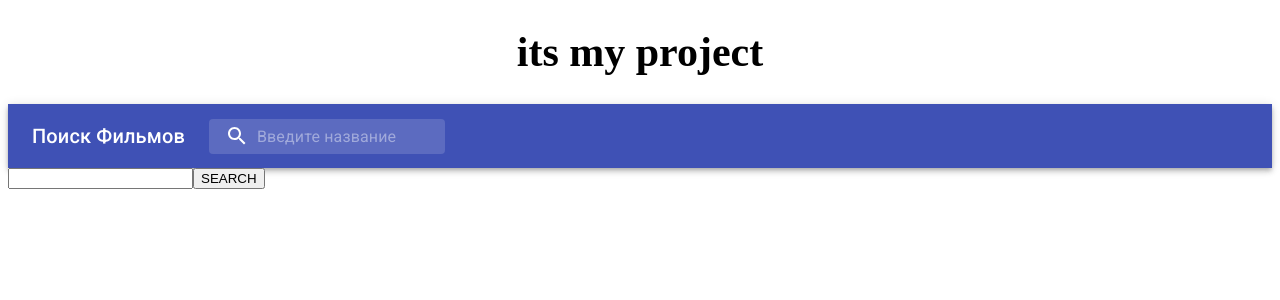
Repository: Hansol46/Films-archive
Page: /
The author's editor kept a copy of each file at every save. The page is drawn from the files as they stood at one save, then again after the next save.
The browser window is 1280 px wide. The pictures show the whole page.
The project was rebuilt for these pictures with package versions that can differ from the ones it lists, and the page was loaded fresh each time. Also part of the build but not shown: webpack.config.js.

Above is the page before, as saved 2020-09-25 12:25:44.

After the next save:
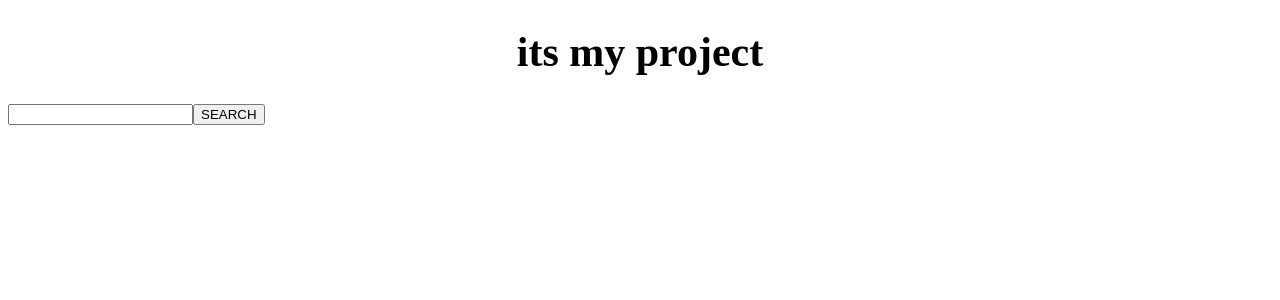
Saved 14 s later.
--- a/src/components/App.js
+++ b/src/components/App.js
@@ -8,7 +8,7 @@ function App () {
     return (
         <div className={'App-header'}>
             <h1> its my project</h1>
-            <PrimarySearchAppBar />
+            {/* <PrimarySearchAppBar /> */}
             <Search />
         </div>
     )
